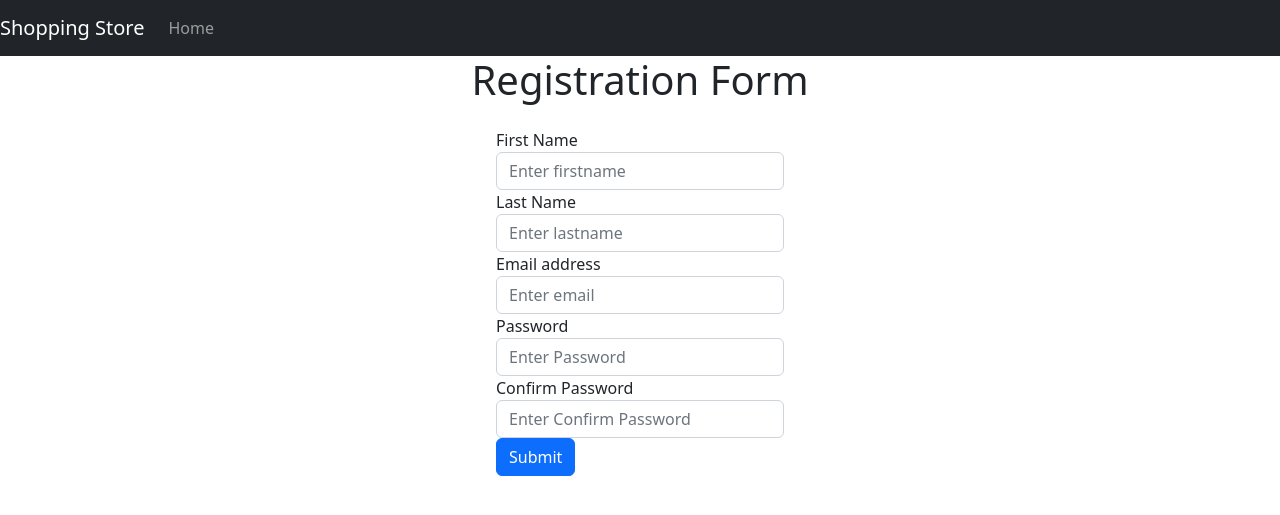
Repository: mayank-gupta0/nagarroproject
Page: http://localhost/SpringMvcServiceLayer/WEB-INF/jsp/register.jsp
The author's editor kept a copy of each file at every save. The page is drawn from the files as they stood at one save, then again after the next save.
The browser window is 1280 px wide. The pictures show the whole page.
The page is served by Tomcat 9. Nobody is signed in. The template is opened directly, without the code that normally fills it, so the values that code supplies are empty.

Above is the page before, as saved 2022-08-21 12:43:32.

After the next save:
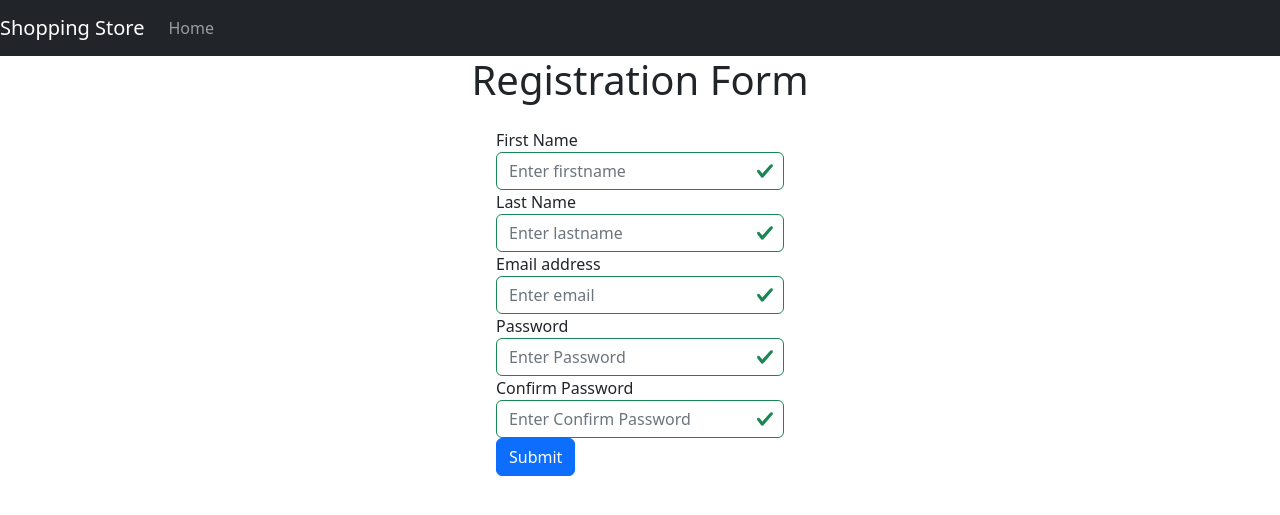
Saved 9 min 20 s later.
--- a/springmvcworkspace/SpringMvcServiceLayer/src/main/webapp/WEB-INF/jsp/register.jsp
+++ b/springmvcworkspace/SpringMvcServiceLayer/src/main/webapp/WEB-INF/jsp/register.jsp
@@ -32,7 +32,7 @@
 	</nav>
 	<h1 class="text-center">Registration Form</h1>
 	<div class="container w-25 p-3">
-		<form id="regForm" modelAttribute="UserResponse"
+		<form  class="was-validated" id="regForm" modelAttribute="UserResponse"
 			action="registerProcess" method="post">
 
 			<div class="form-group">
